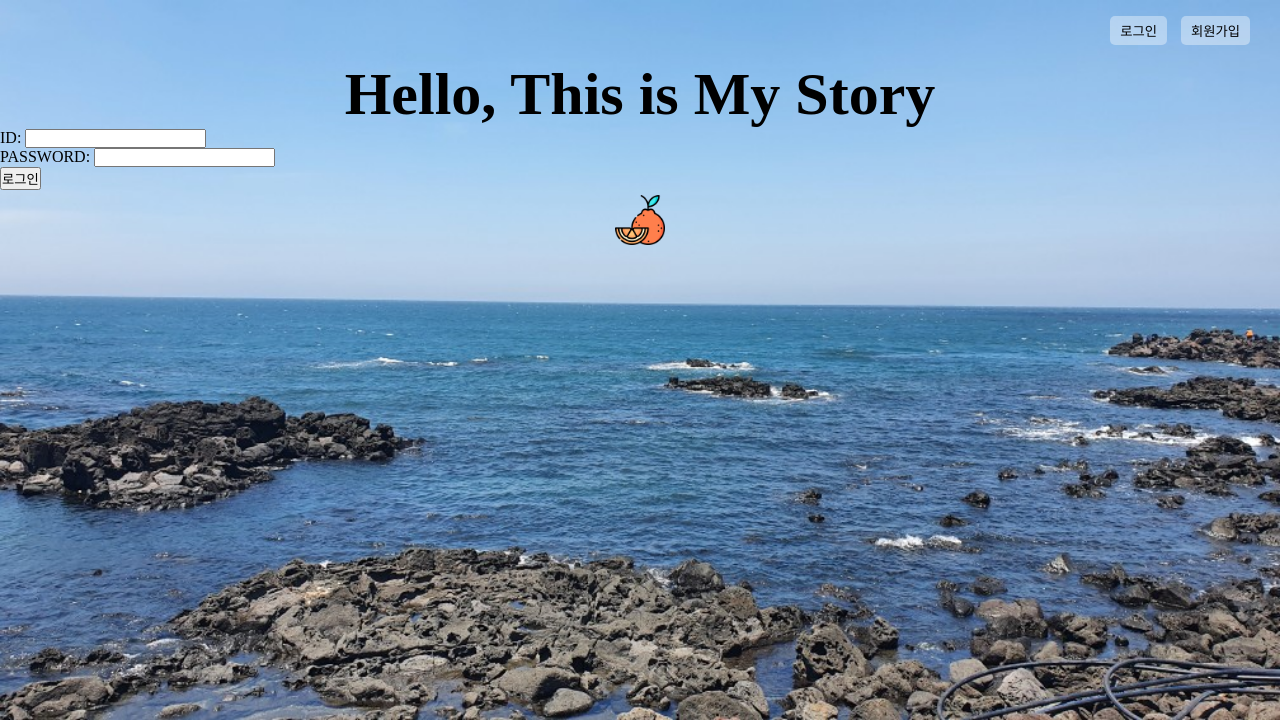
Repository: jeeniii/test2022_12_29
Page: http://localhost/portfolio/mem/login
An editor plug-in stored every save of this project. The page is shown before and after the next save, followed by the edit.
The browser window is 1280 px wide. The pictures show the whole page.
The page is served by Tomcat 9.

Above is the page before, as saved 2022-12-13 08:05:24.

After the next save:
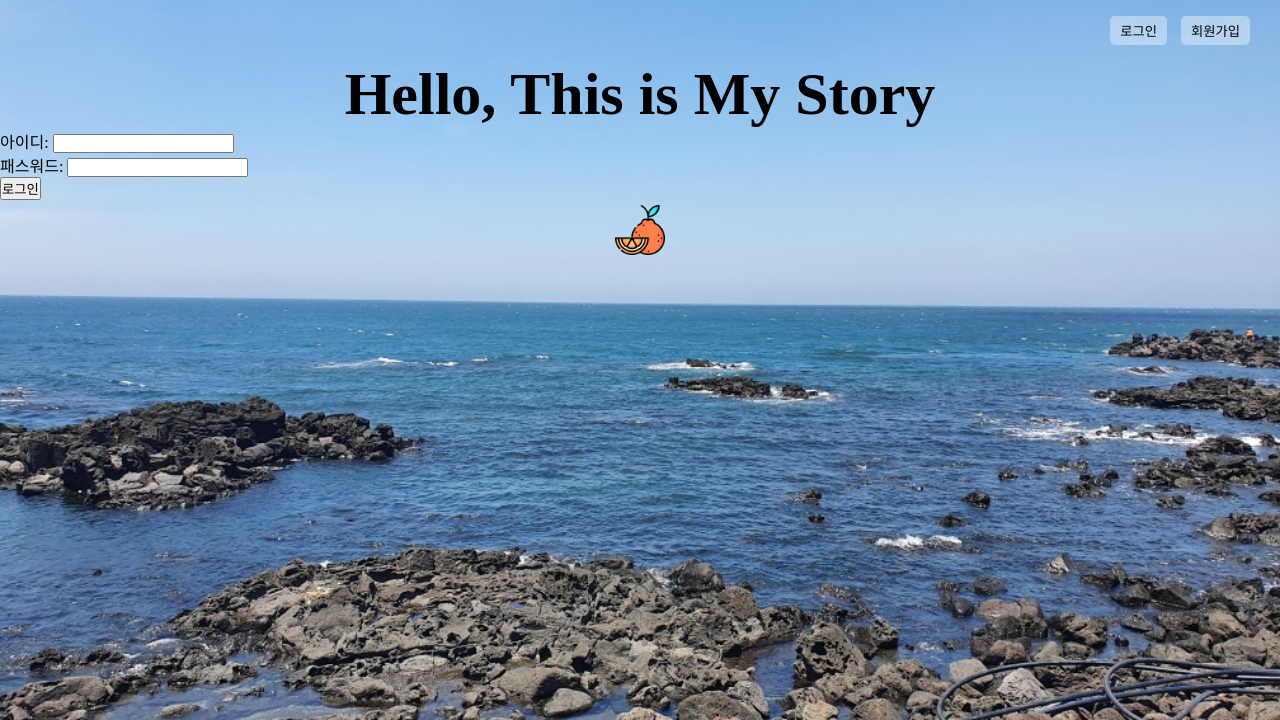
Saved 4 min 53 s later.
--- a/JSP_Portfolio/portfolio/src/main/webapp/member/login.jsp
+++ b/JSP_Portfolio/portfolio/src/main/webapp/member/login.jsp
@@ -9,8 +9,14 @@
 </head>
 <body>
 <form action="/mem/login_auth" method="post">
-ID: <input type="text" name="id"> <br>
-PASSWORD: <input type="password" name="pwd"> <br>
+<div>
+	<span>아이디:</span>
+	 <input type="text" name="id">
+</div>
+<div>
+	<span>패스워드:</span>
+	 <input type="password" name="pwd">
+</div>
 <button type="submit" id="login">로그인</button>
 </form>
 <%@ include file="/footer.jsp" %>
